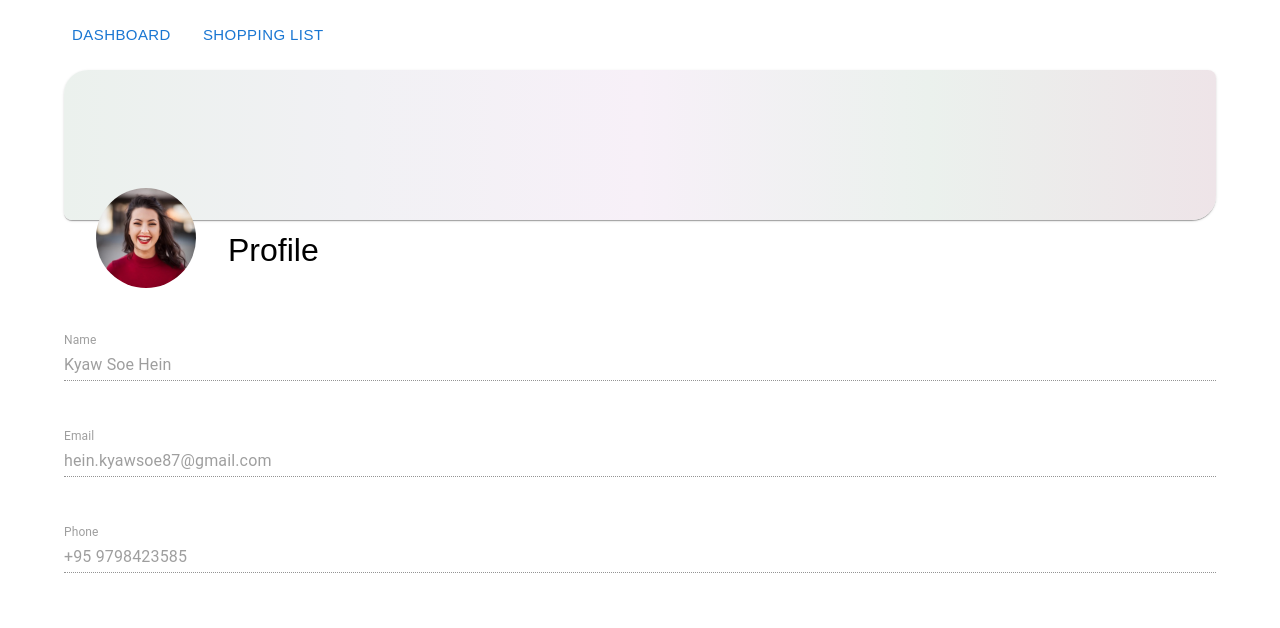
Repository: KyawSoeHein/GoogleAuthReact
Page: /
These files come from the project's save history. The page is drawn as it stood at one moment and after a run of saves; the edit follows.
The browser window is 1280 px wide. The pictures show the whole page.
The project was rebuilt for these pictures with package versions that can differ from the ones it lists, and the page was loaded fresh each time.

Above is the page before, as saved 2022-02-14 20:20:33.

After the next 2 saves:
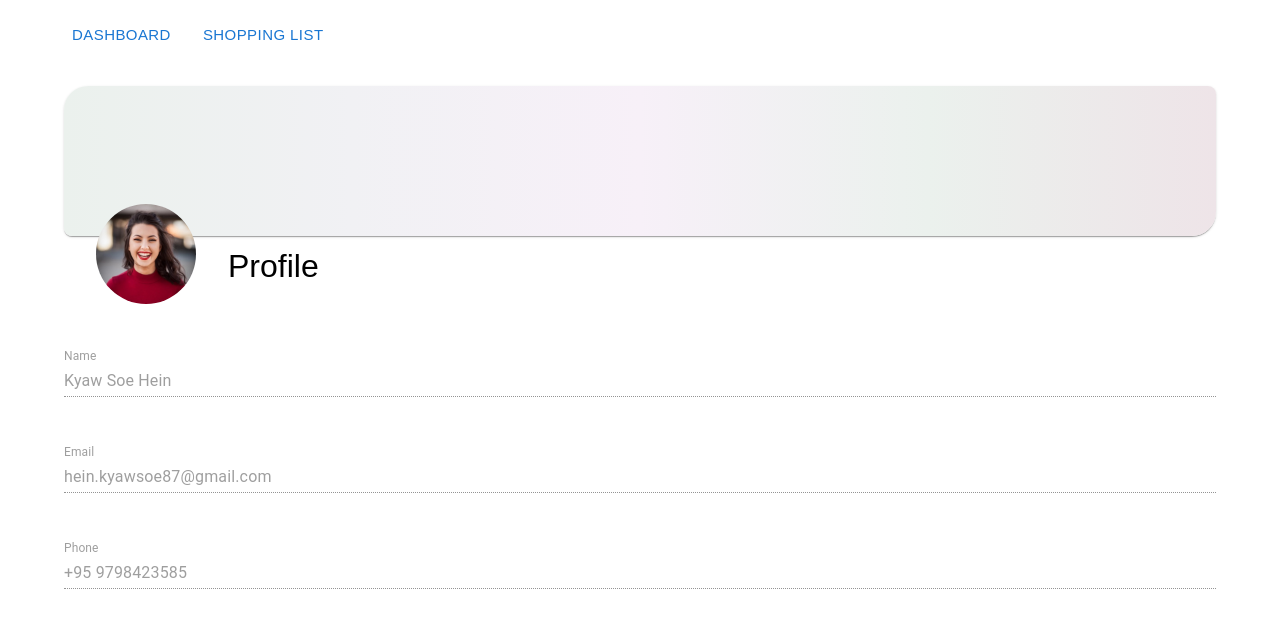
The 2 saves are shown as one change because they came seconds apart.
The last was saved 23 s later.
--- a/src/View/Dashboard.tsx
+++ b/src/View/Dashboard.tsx
@@ -14,7 +14,7 @@ const Dashboard = () => {
           <MenuSelection />
         </div>
 
-        <div style={{ marginTop: dividerSpace }}>
+        <div style={{ marginTop: 2 * dividerSpace }}>
           <CoverAndProfilePhoto />
         </div>
 
